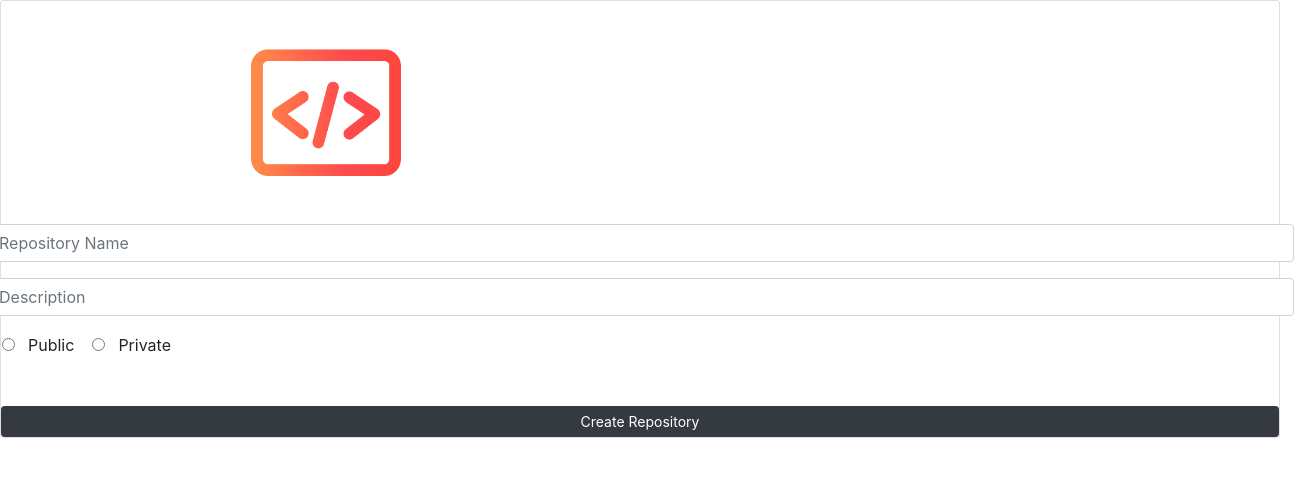
Repository: rashmikagamage/OAuth-Implementation
Page: /auth/github/callback (app in frontend/)
These files come from the project's save history. The page is drawn as it stood at one moment and after the next save; the edit follows.
The browser window is 1280 px wide. The page is 1294 px wide, then 1280 px, so the pictures cover 1294 px, including what lies to the right of the window. The pictures show the whole page.
Some web libraries are served in a nearby version. The project was rebuilt for these pictures with package versions that can differ from the ones it lists, and the page was loaded fresh each time. Also part of the build but not shown: frontend/src/css/twitter.css, frontend/src/components/login.js, frontend/src/components/twitter-home.js, frontend/src/components/login-git.js, frontend/src/App.css.

Above is the page before, as saved 2021-09-08 17:51:18.

After the next save:
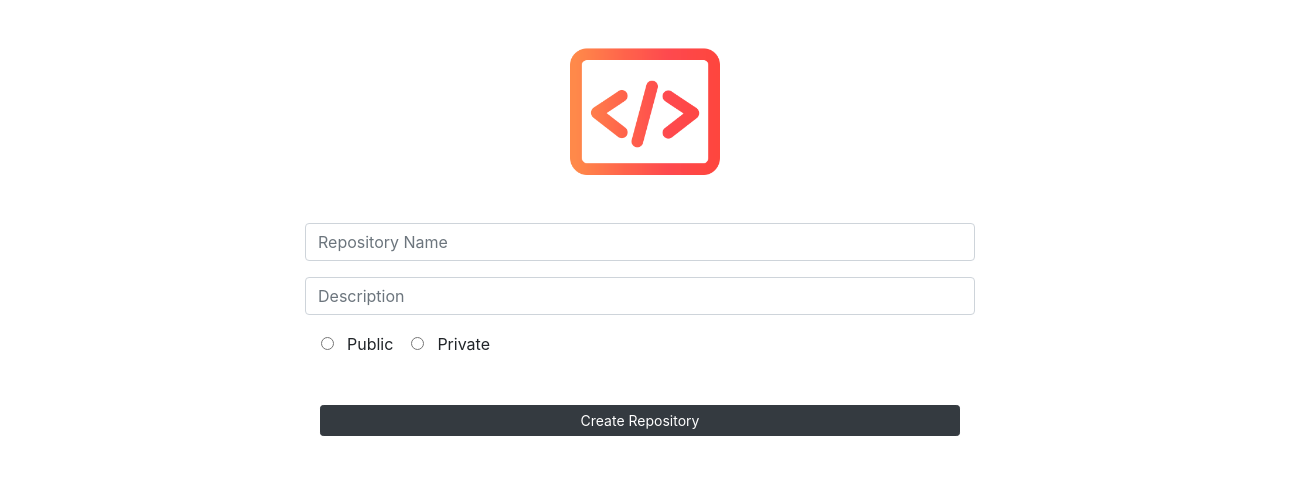
Saved 13 s later.
--- a/frontend/src/components/git-home.js
+++ b/frontend/src/components/git-home.js
@@ -6,7 +6,7 @@ const axios = require("axios").default;
 function GitHome(props) {
   function getRepos() {}
   return (
-    <div class="card">
+    <div class="main">
        <img src={code} alt="Avatar" class="img"></img>
       <form>
         <div class="form-group row mt-5">
